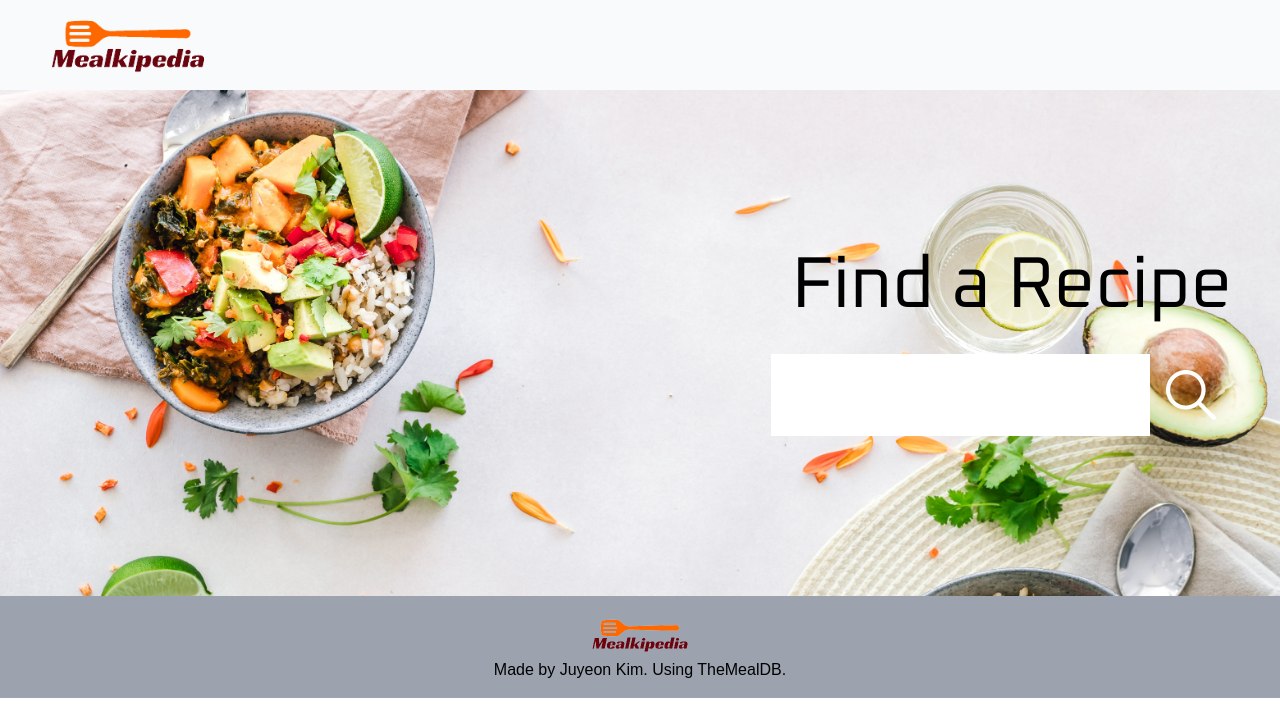
Repository: Jay-JYKim91/grj_mealkipedia
Page: /
The author's editor kept a copy of each file at every save. The page is drawn from the files as they stood at one save, then again after the next save.
The browser window is 1280 px wide. The pictures show the whole page.
Some web fonts or font styles are not loaded; a fallback is used. The project was rebuilt for these pictures with package versions that can differ from the ones it lists, and the page was loaded fresh each time. Also part of the build but not shown: src/pages/recipe/recipe.tsx, src/pages/search/search.tsx.

Above is the page before, as saved 2022-06-21 15:36:49.

### public/index.html
<!DOCTYPE html>
<html lang="en">
  <head>
    <meta charset="utf-8" />
    <link rel="icon" href="%PUBLIC_URL%/favicon.ico" />
    <link rel="preconnect" href="https://fonts.googleapis.com">
    <link rel="preconnect" href="https://fonts.gstatic.com" crossorigin>
    <link href="https://fonts.googleapis.com/css2?family=Biryani:wght@300;400&family=Oxanium:wght@300;400;500&family=Racing+Sans+One&display=swap" rel="stylesheet">
    <meta name="viewport" content="width=device-width, initial-scale=1" />
    <meta name="theme-color" content="#000000" />
    <meta
      name="description"
      content="Web site created using create-react-app"
    />
    <title>Mealkipedia</title>
  </head>
  <body>
    <div id="root"></div>
  </body>
</html>

### src/index.tsx
import React from 'react';
import ReactDOM from 'react-dom/client';
import './index.css';
import App from './app';
import { BrowserRouter } from 'react-router-dom';

const root = ReactDOM.createRoot(
  document.getElementById('root') as HTMLElement
);

root.render(
  <React.StrictMode>
    <BrowserRouter>
      <App />
    </BrowserRouter>
  </React.StrictMode>
);

### src/App.tsx
import React from 'react';
import { Route, Routes } from 'react-router-dom';
import Footer from './component/footer/footer';
import Header from './component/header/header';
import Home from './pages/home/home';
import Recipe from './pages/recipe/recipe';
import Search from './pages/search/search';

const App: React.FC = () => {

  return (
    <>
      <Header />
      <main>
        <Routes>
          <Route path='/' element={
            <Home />
          } />
          <Route path='search' element={
            <Search />
          } />
          <Route path='recipe' element={
            <Recipe />
          } />
        </Routes>
      </main>
      <Footer />
    </>
  );
}

export default App;

### src/component/footer/footer.tsx
import React from 'react';

const Footer = () => {
    console.log(React);

    return (
        <footer className="flex flex-col items-center justify-center px-12 py-4 bg-gray-400">
            <img src="/logo.png" alt="logo" width="100" />
            <p className="font-body2_font">Made by Juyeon Kim. Using TheMealDB.</p>
        </footer>
    )
};

export default Footer;

### src/component/header/header.tsx
import React from 'react';

const Header = () => {
    console.log(React);

    return (
        <header className="px-12 py-2 shadow-md bg-gray-50">
            <img src='/logo.png' alt="logo" width="160" />
        </header>
    )
}

export default Header;

### src/pages/home/home.tsx
import React from 'react';

const Home: React.FC = () => {

    return (
        <section className="px-12 py-40 bg-cover bg-[url('images/main_background.jpg')] text-right">
            <h1 className="font-body1_font text-7xl mb-8">Find a Recipe</h1>
            <div className="flex justify-end">
                <input type="search" className="p-4 text-3xl font-body1_font" />
                <button className="p-4">
                    <img src="./search.png" alt="search" />
                </button>
            </div>
        </section>

    )
};

export default Home;

### tailwind.config.js
/** @type {import('tailwindcss').Config} */
module.exports = {
  content: [
    "./src/**/*.{js,jsx,ts,tsx}",
  ],
  darkMode: false, // or 'media' or 'class'
  theme: {
    extend: {
      fontFamily: {
        'heading_font': ['Racing Sans One', 'cursive'],
        'body1_font': ['Oxanium', 'cursive'],
        'body2_font': ['Biryani', 'sans-serif']
      }
    },
  },
  plugins: [],
}

Loaded but not shown: src/index.css (common file)

After the next save:
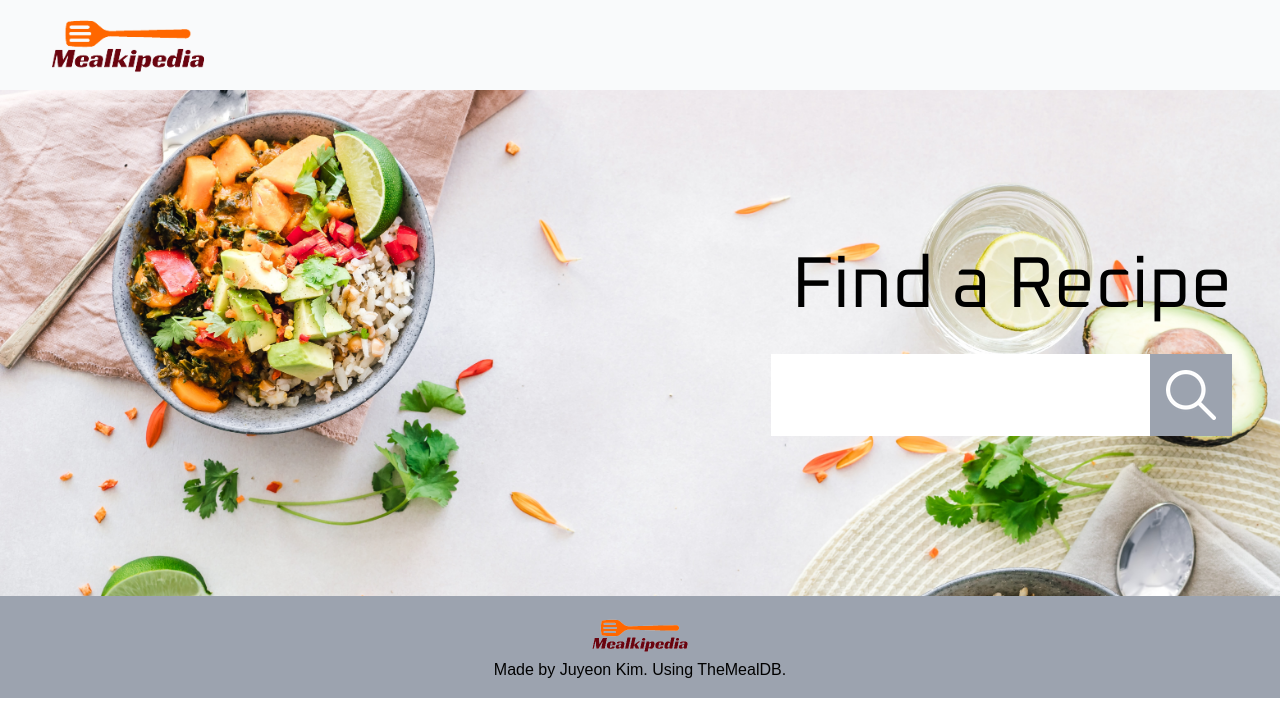
Saved 30 s later.
--- a/src/pages/home/home.tsx
+++ b/src/pages/home/home.tsx
@@ -7,7 +7,7 @@ const Home: React.FC = () => {
             <h1 className="font-body1_font text-7xl mb-8">Find a Recipe</h1>
             <div className="flex justify-end">
                 <input type="search" className="p-4 text-3xl font-body1_font" />
-                <button className="p-4">
+                <button className="p-4 bg-gray-400">
                     <img src="./search.png" alt="search" />
                 </button>
             </div>
